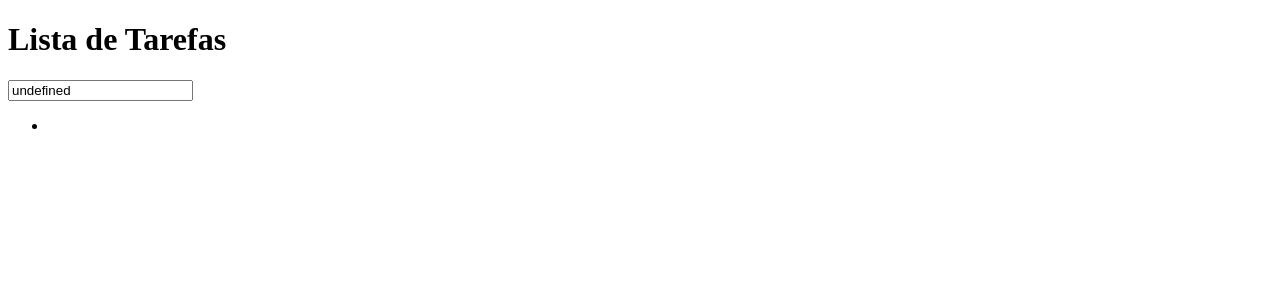
Repository: mateus-henrique-silva/Angular-lista-de-tarefas
Page: / (app in angiularTarefas/)
These files come from the project's save history. The page is drawn as it stood at one moment and after a run of saves; the edit follows.
The browser window is 1280 px wide. The pictures show the whole page.
The project was rebuilt for these pictures with package versions that can differ from the ones it lists, and the page was loaded fresh each time. Also part of the build but not shown: angiularTarefas/angular.json.

Above is the page before, as saved 2022-07-12 09:30:10.

After the next 3 saves:
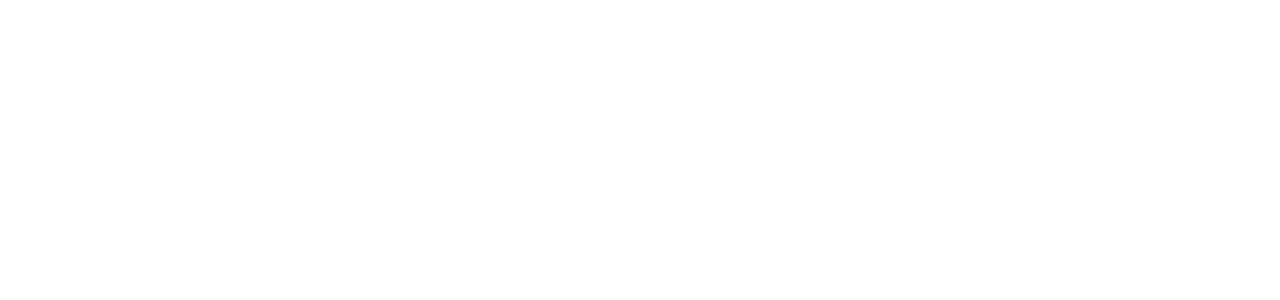
The 3 saves are shown as one change because they came seconds apart.
The last was saved 15 s later.
--- a/angiularTarefas/src/app/app.component.html
+++ b/angiularTarefas/src/app/app.component.html
@@ -1,5 +1,5 @@
 <h1>{{title}}</h1>
-<input #nome [value]="teste" input="" />
+<input #nome [value]="teste" (input)="" />
 <ul>
   <li>{{test}}</li>
 </ul>

After the save that followed:
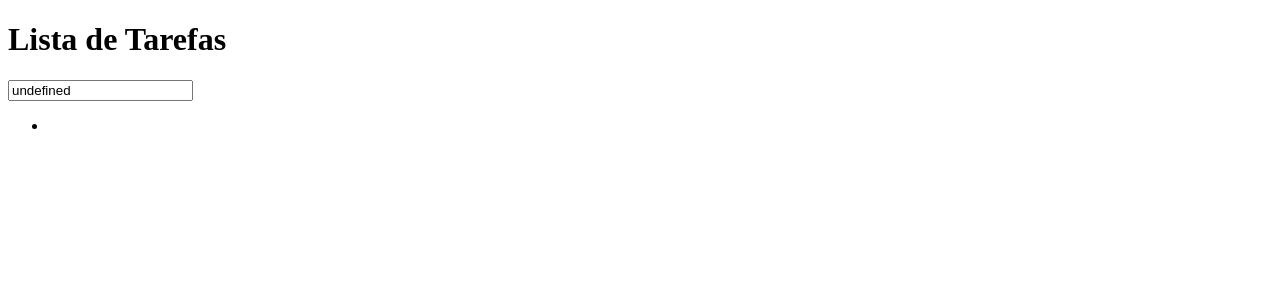
Saved 5 s later.
--- a/angiularTarefas/src/app/app.component.html
+++ b/angiularTarefas/src/app/app.component.html
@@ -1,5 +1,5 @@
 <h1>{{title}}</h1>
-<input #nome [value]="teste" (input)="" />
+<input #nome [value]="teste" (input)="nome.value" />
 <ul>
   <li>{{test}}</li>
 </ul>
